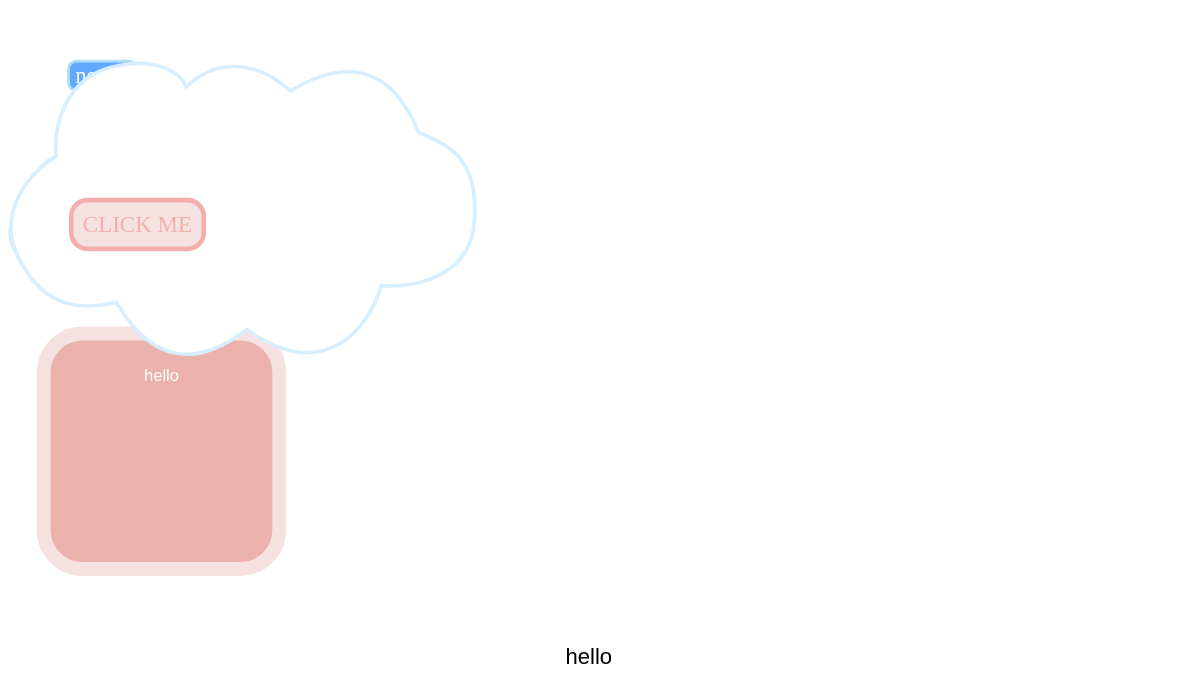
Repository: SoleilDagneau/MDIA2109Midterm
Page: index.html
The author's editor kept a copy of each file at every save. The page is drawn from the files as they stood at one save, then again after the next save.
The browser window is 1280 px wide. The pictures show the whole page, at 92% of full size.
Some web fonts or font styles are not loaded; a fallback is used.

Above is the page before, as saved 2022-03-01 19:47:07.

After the next save:
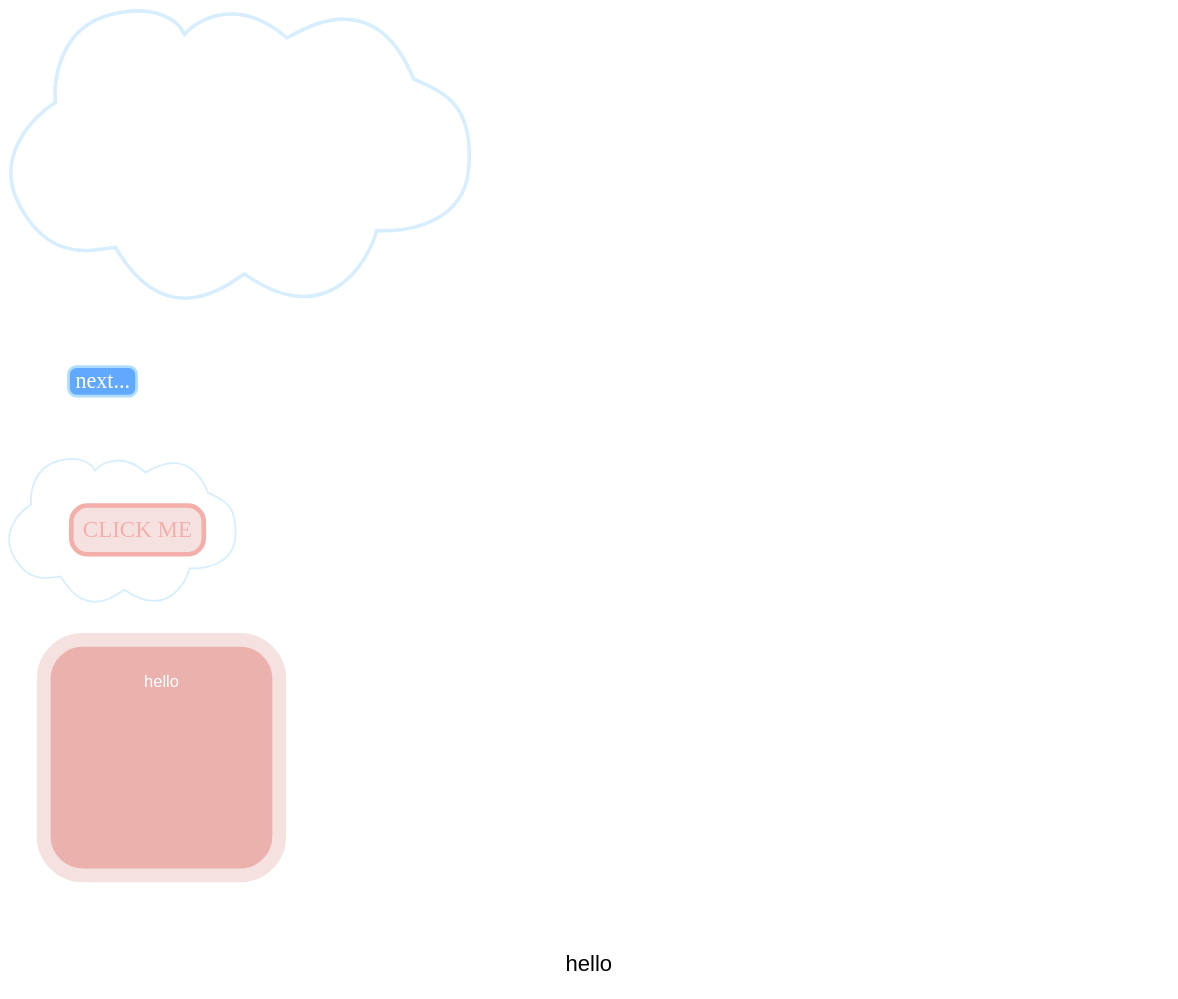
Saved 13 s later.
--- a/utils/speechbubble.js
+++ b/utils/speechbubble.js
@@ -18,8 +18,7 @@ template_speechbub.innerHTML = `
     }
     #speech_bubble{
         width:40%;
-        display:flex;
-        position:absolute;
+
     }
 
 </style>
